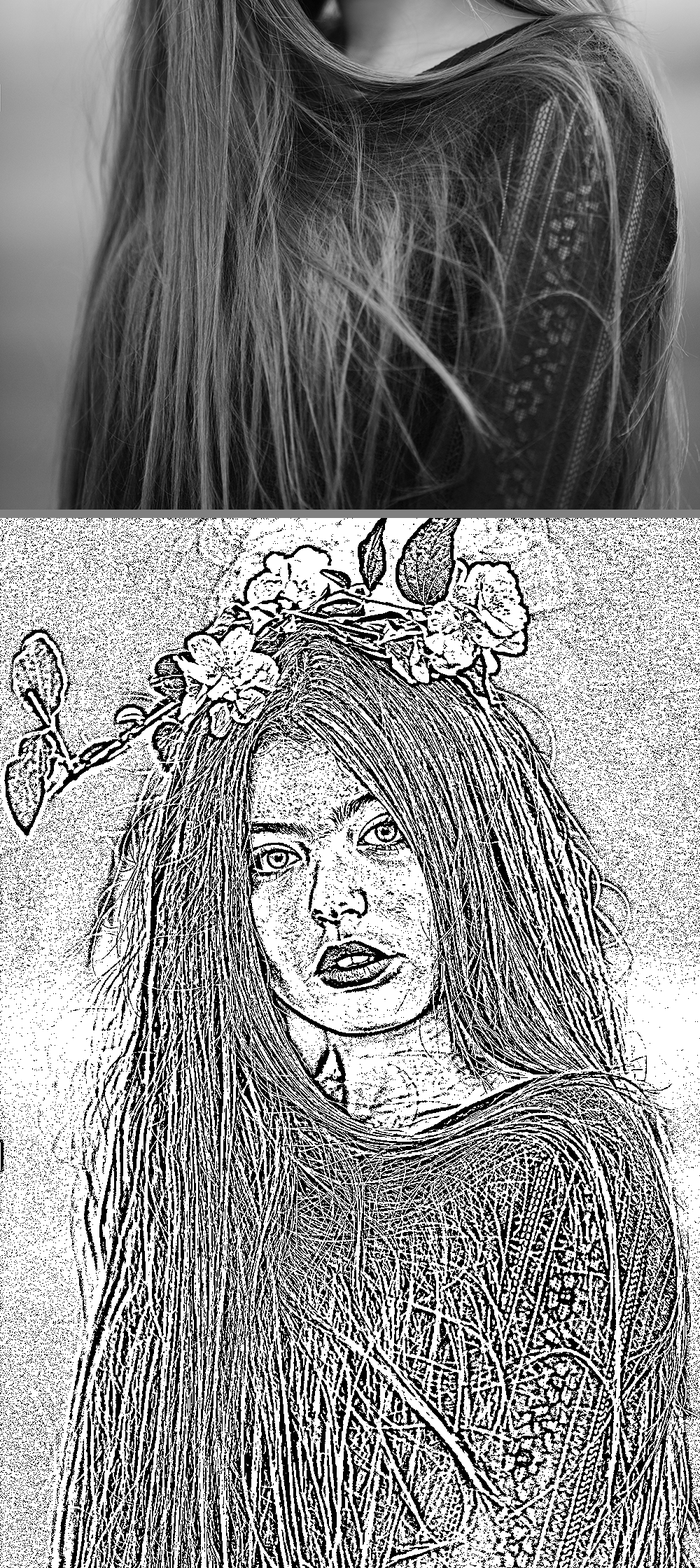
Repository: dongquan1504/ThiGiacMayTinh
Script's output: python threshold.py
These files come from the project's save history. The script's output is drawn as it stood at one moment and after a run of saves; the edit follows.
The pictures show rows 772 to 3012 of an output 3012 px tall, at 70% of full size.
Each picture stacks the figures in order, with grey between them; figures that are only written to a file come last. Random numbers start from a fixed seed. It also reads images.jpg.

Above is the script's output before, as saved 2023-12-28 17:13:23.

After the next 2 saves:
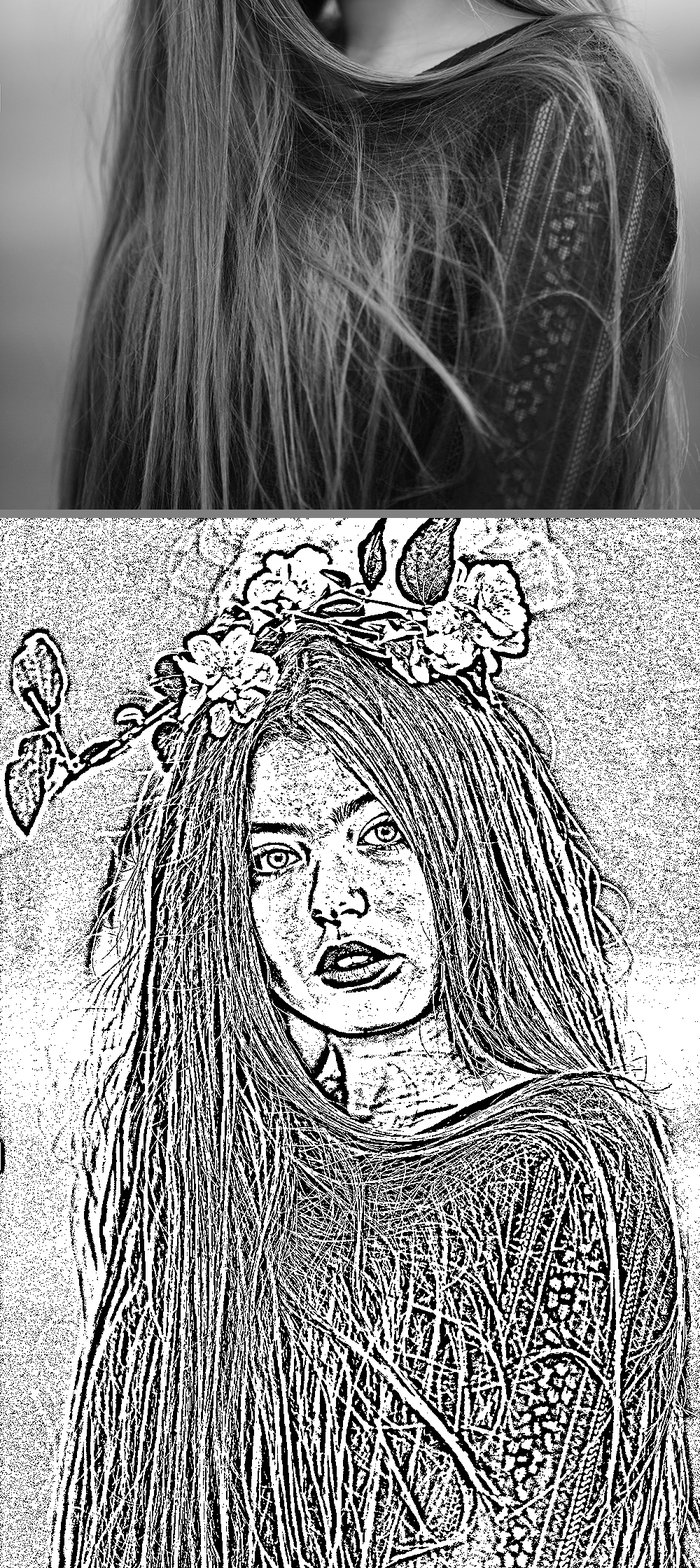
The 2 saves are shown as one change because 1 did not build or start.
The last was saved 55 s later.
--- a/threshold.py
+++ b/threshold.py
@@ -7,7 +7,7 @@ image_path = "images.jpg"
 img = cv2.imread(image_path, cv2.IMREAD_GRAYSCALE)
 
 # Áp dụng ngưỡng đa cấp (Adaptive Thresholding)
-adaptive_threshold = cv2.adaptiveThreshold(img, 255, cv2.ADAPTIVE_THRESH_MEAN_C, cv2.THRESH_BINARY, 11, 2)
+adaptive_threshold = cv2.adaptiveThreshold(img, 255, cv2.ADAPTIVE_THRESH_MEAN_C, cv2.THRESH_BINARY, 15, 2)
 #255 là giá trị pixel tối đa đầu ra
 # cv2.ADAPTIVE_THRESH_MEAN_C là phương pháp tính toán ngưỡng
 # cv2.THRESH_BINARY là kiểu ngưỡng
